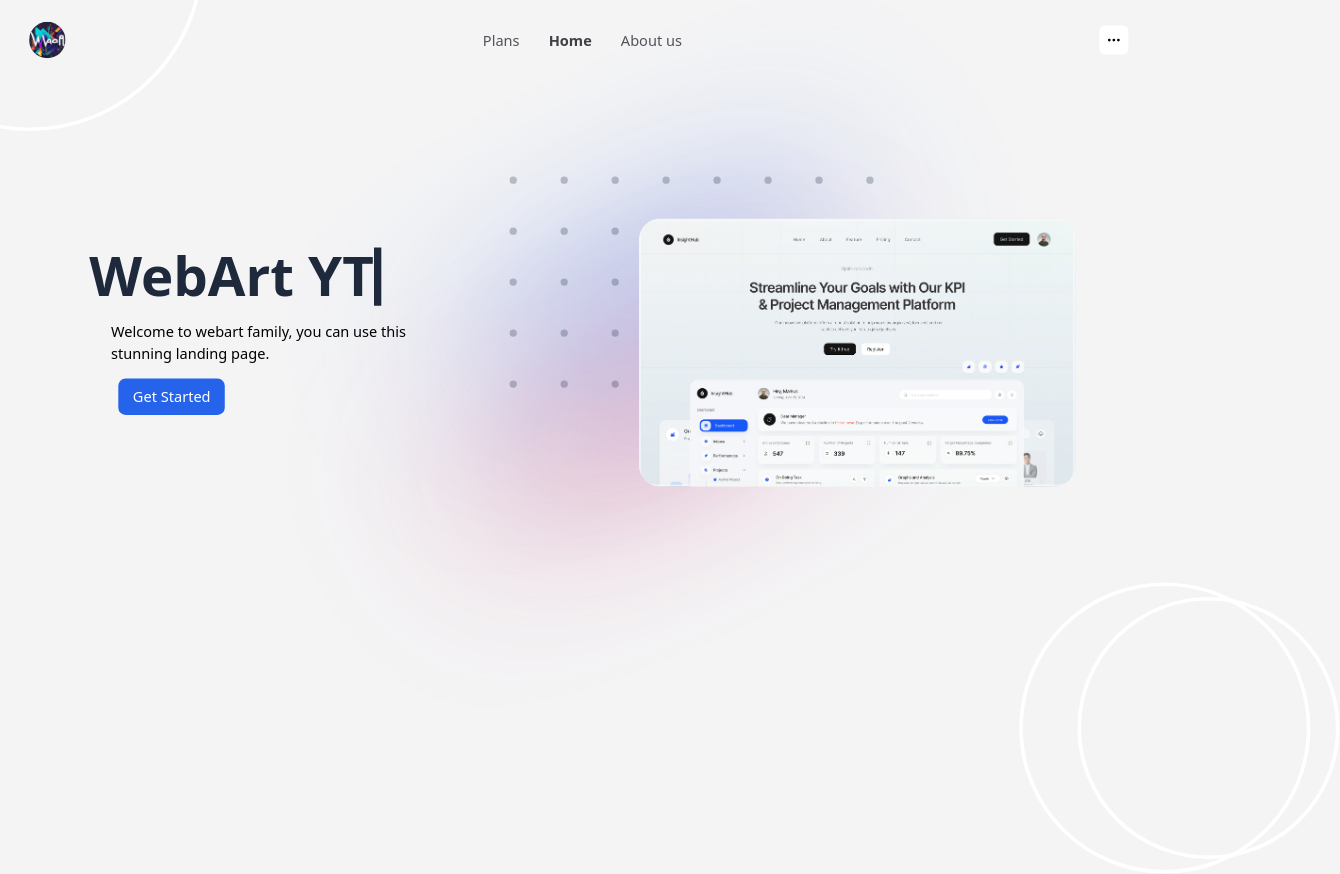
Repository: 30namp/youtube-web-art-code
Page: stunning landing page 1/index.html
These files come from the project's save history. The page is drawn as it stood at one moment and after the next save; the edit follows.
The browser window is 1280 px wide. The page is 1472 px wide, so the pictures cover 1472 px, including what lies to the right of the window. The pictures show the whole page, at 91% of full size.

Above is the page before, as saved 2024-09-26 21:34:31.

### stunning landing page 1/index.html
<!DOCTYPE html>
<html lang="en">
  <head>
    <meta charset="UTF-8" />
    <meta name="viewport" content="width=device-width, initial-scale=1.0" />
    <title>WebArt Design</title>
    <script src="./tailwindcss.min.js"></script>
  </head>
  <body class="h-screen bg-zinc-100 overflow-hidden">
    <div
      class="absolute right-[25%] top-[60%] h-12 w-[30rem] rounded-[100%] rotate-[-25deg] bg-pink-700 blur-[6rem]"
    ></div>
    <div
      class="absolute right-[25%] top-[40%] h-12 w-[30rem] rounded-[100%] rotate-[-25deg] bg-blue-700 blur-[6rem]"
    ></div>
    <div class="grid grid-cols-8 gap-12 absolute right-[25%] top-[27%]">
      <div class="rounded-full bg-slate-700/30 size-2 shadow-lg"></div>
      <div class="rounded-full bg-slate-700/30 size-2 shadow-lg"></div>
      <div class="rounded-full bg-slate-700/30 size-2 shadow-lg"></div>
      <div class="rounded-full bg-slate-700/30 size-2 shadow-lg"></div>
      <div class="rounded-full bg-slate-700/30 size-2 shadow-lg"></div>
      <div class="rounded-full bg-slate-700/30 size-2 shadow-lg"></div>
      <div class="rounded-full bg-slate-700/30 size-2 shadow-lg"></div>
      <div class="rounded-full bg-slate-700/30 size-2 shadow-lg"></div>
      <div class="rounded-full bg-slate-700/30 size-2 shadow-lg"></div>
      <div class="rounded-full bg-slate-700/30 size-2 shadow-lg"></div>
      <div class="rounded-full bg-slate-700/30 size-2 shadow-lg"></div>
      <div class="rounded-full bg-slate-700/30 size-2 shadow-lg"></div>
      <div class="rounded-full bg-slate-700/30 size-2 shadow-lg"></div>
      <div class="rounded-full bg-slate-700/30 size-2 shadow-lg"></div>
      <div class="rounded-full bg-slate-700/30 size-2 shadow-lg"></div>
      <div class="rounded-full bg-slate-700/30 size-2 shadow-lg"></div>
      <div class="rounded-full bg-slate-700/30 size-2 shadow-lg"></div>
      <div class="rounded-full bg-slate-700/30 size-2 shadow-lg"></div>
      <div class="rounded-full bg-slate-700/30 size-2 shadow-lg"></div>
      <div class="rounded-full bg-slate-700/30 size-2 shadow-lg"></div>
      <div class="rounded-full bg-slate-700/30 size-2 shadow-lg"></div>
      <div class="rounded-full bg-slate-700/30 size-2 shadow-lg"></div>
      <div class="rounded-full bg-slate-700/30 size-2 shadow-lg"></div>
      <div class="rounded-full bg-slate-700/30 size-2 shadow-lg"></div>
      <div class="rounded-full bg-slate-700/30 size-2 shadow-lg"></div>
      <div class="rounded-full bg-slate-700/30 size-2 shadow-lg"></div>
      <div class="rounded-full bg-slate-700/30 size-2 shadow-lg"></div>
      <div class="rounded-full bg-slate-700/30 size-2 shadow-lg"></div>
      <div class="rounded-full bg-slate-700/30 size-2 shadow-lg"></div>
      <div class="rounded-full bg-slate-700/30 size-2 shadow-lg"></div>
      <div class="rounded-full bg-slate-700/30 size-2 shadow-lg"></div>
      <div class="rounded-full bg-slate-700/30 size-2 shadow-lg"></div>
      <div class="rounded-full bg-slate-700/30 size-2 shadow-lg"></div>
      <div class="rounded-full bg-slate-700/30 size-2 shadow-lg"></div>
      <div class="rounded-full bg-slate-700/30 size-2 shadow-lg"></div>
      <div class="rounded-full bg-slate-700/30 size-2 shadow-lg"></div>
      <div class="rounded-full bg-slate-700/30 size-2 shadow-lg"></div>
      <div class="rounded-full bg-slate-700/30 size-2 shadow-lg"></div>
      <div class="rounded-full bg-slate-700/30 size-2 shadow-lg"></div>
      <div class="rounded-full bg-slate-700/30 size-2 shadow-lg"></div>
    </div>

    <div
      class="circle size-96 rounded-full border-4 border-white absolute -top-60 -left-40"
    ></div>
    <div
      class="circle size-80 rounded-full border-4 border-white absolute -bottom-60 -right-40"
    ></div>
    <div
      class="circle size-72 rounded-full border-4 border-white absolute -bottom-56 -right-48"
    ></div>

    <!-- navbar -->
    <nav
      class="z-10 absolute top-0 left-0 right-0 flex justify-center items-center py-8 px-8"
    >
      <a href="/" class="absolute left-0 px-8">
        <img class="size-10 rounded-full" src="./assets/img/logo.jpg" alt="" />
      </a>

      <div class="options flex items-center gap-8">
        <a class="text-zinc-600" href="#">Plans</a>
        <a class="text-zinc-700 font-semibold" href="#">Home</a>
        <a class="text-zinc-600" href="#">About us</a>
      </div>

      <button
        class="absolute p-2 bg-white rounded-md right-0 mx-10 hover:scale-105 active:scale-100 transition"
      >
        <svg
          xmlns="http://www.w3.org/2000/svg"
          width="16"
          height="16"
          fill="currentColor"
          class="bi bi-three-dots"
          viewBox="0 0 16 16"
        >
          <path
            d="M3 9.5a1.5 1.5 0 1 1 0-3 1.5 1.5 0 0 1 0 3m5 0a1.5 1.5 0 1 1 0-3 1.5 1.5 0 0 1 0 3m5 0a1.5 1.5 0 1 1 0-3 1.5 1.5 0 0 1 0 3"
          />
        </svg>
      </button>
    </nav>

    <!-- hero section -->
    <div class="hero-section relative pt-60 flex justify-around items-start">
      <div class="content flex flex-col items-start gap-4 pt-8">
        <div class="text-6xl font-bold text-slate-800 flex">
          <h1>WebArt YT</h1>
          <div class="h-16 w-2 bg-slate-800"></div>
        </div>
        <p class="description w-96 ml-6">
          Welcome to webart family, you can use this stunning landing page.
        </p>
        <button
          class="ml-8 px-4 py-2 rounded-lg bg-blue-600 text-white hover:scale-105 active:scale-100 transition"
        >
          Get Started
        </button>
      </div>
      <img class="w-[30rem] rounded-3xl" src="./assets/img/img.png" alt="" />
    </div>
  </body>
</html>

Loaded but not shown: stunning landing page 1/tailwindcss.min.js (library)

After the next save:
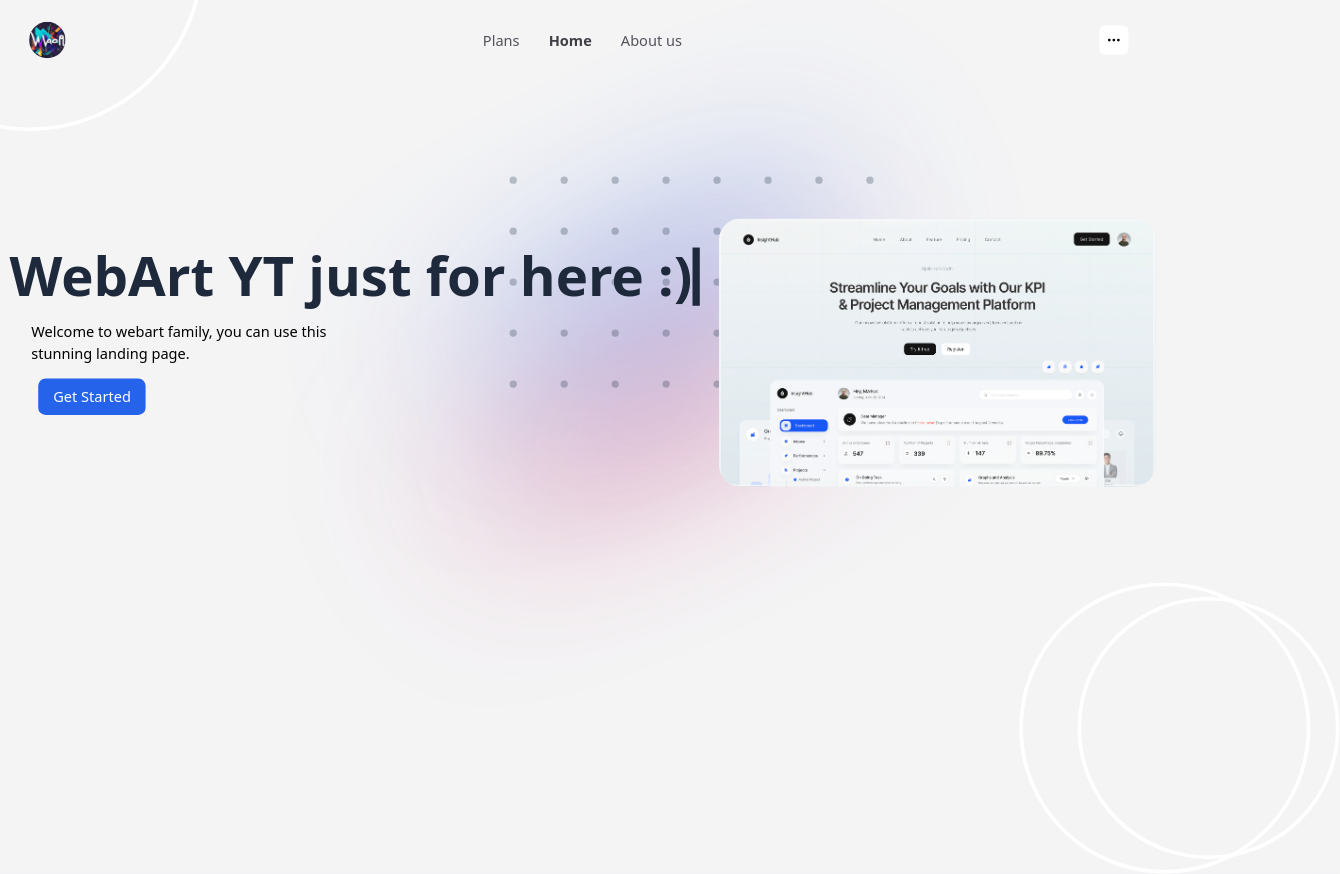
Saved 22 s later.
--- a/stunning landing page 1/index.html
+++ b/stunning landing page 1/index.html
@@ -102,7 +102,7 @@
     <div class="hero-section relative pt-60 flex justify-around items-start">
       <div class="content flex flex-col items-start gap-4 pt-8">
         <div class="text-6xl font-bold text-slate-800 flex">
-          <h1>WebArt YT</h1>
+          <h1>WebArt YT just for here :)</h1>
           <div class="h-16 w-2 bg-slate-800"></div>
         </div>
         <p class="description w-96 ml-6">
